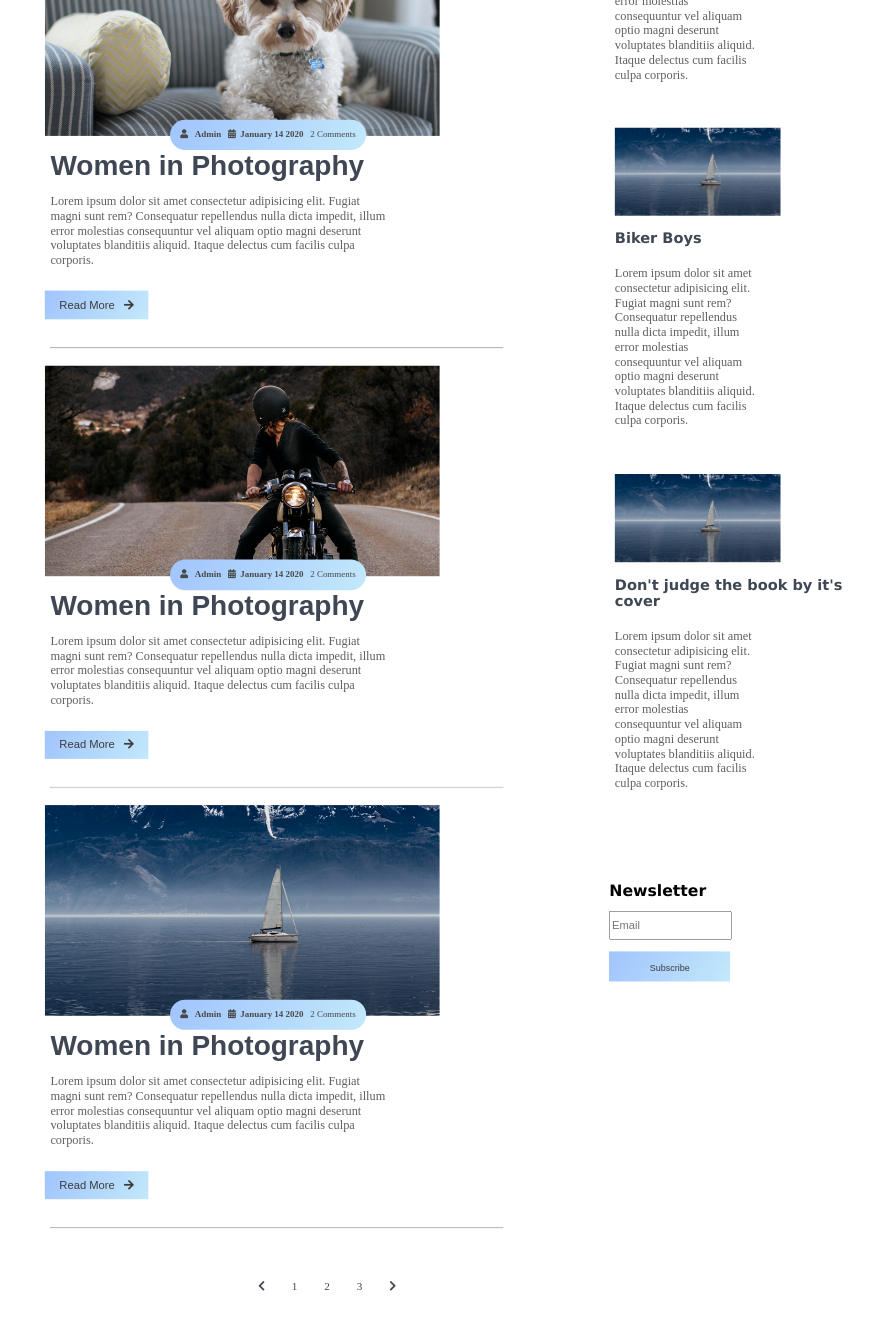
Repository: premjawaharp/Blogsite
Page: index.html
These files come from the project's save history. The page is drawn as it stood at one moment and after a run of saves; the edit follows.
The browser window is 1280 px wide. The pictures show the part of the page from y = 2033 to 3953 px (the page is 3953 px tall), at 70% of full size.

Above is the page before, as saved 2020-09-16 21:45:57.

After the next 4 saves:
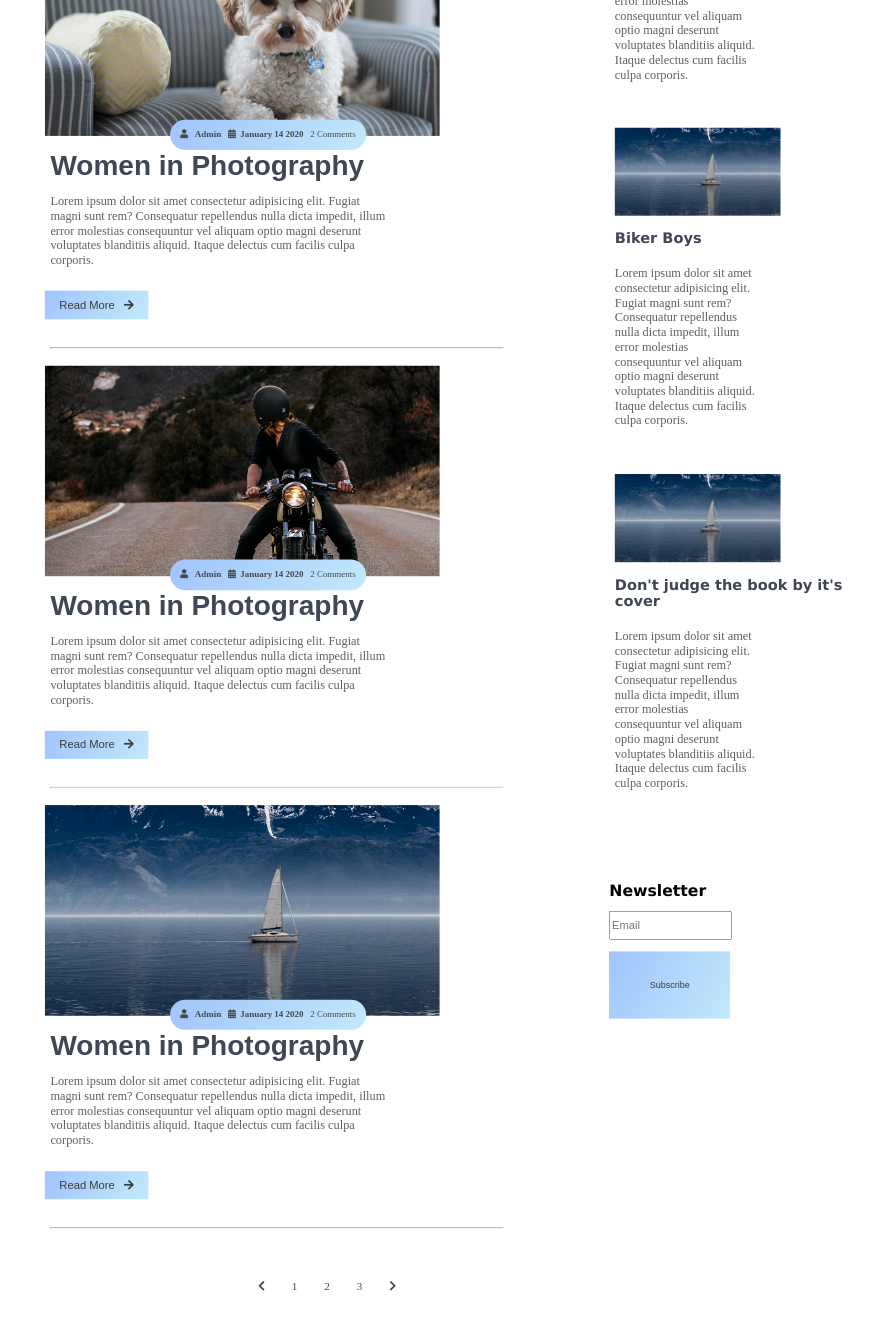
The 4 saves are shown as one change because they came seconds apart.
The last was saved 11 s later.
--- a/css/style.css
+++ b/css/style.css
@@ -408,7 +408,7 @@ main .post-content .post-btn {
 }
 main .news-letter .news-form .new-form-btn {
     border-radius: 0;
-    height: 6vh;
+    height: 6rem;
     background: var(--water-sky);
     font-size:1vw;
 }
